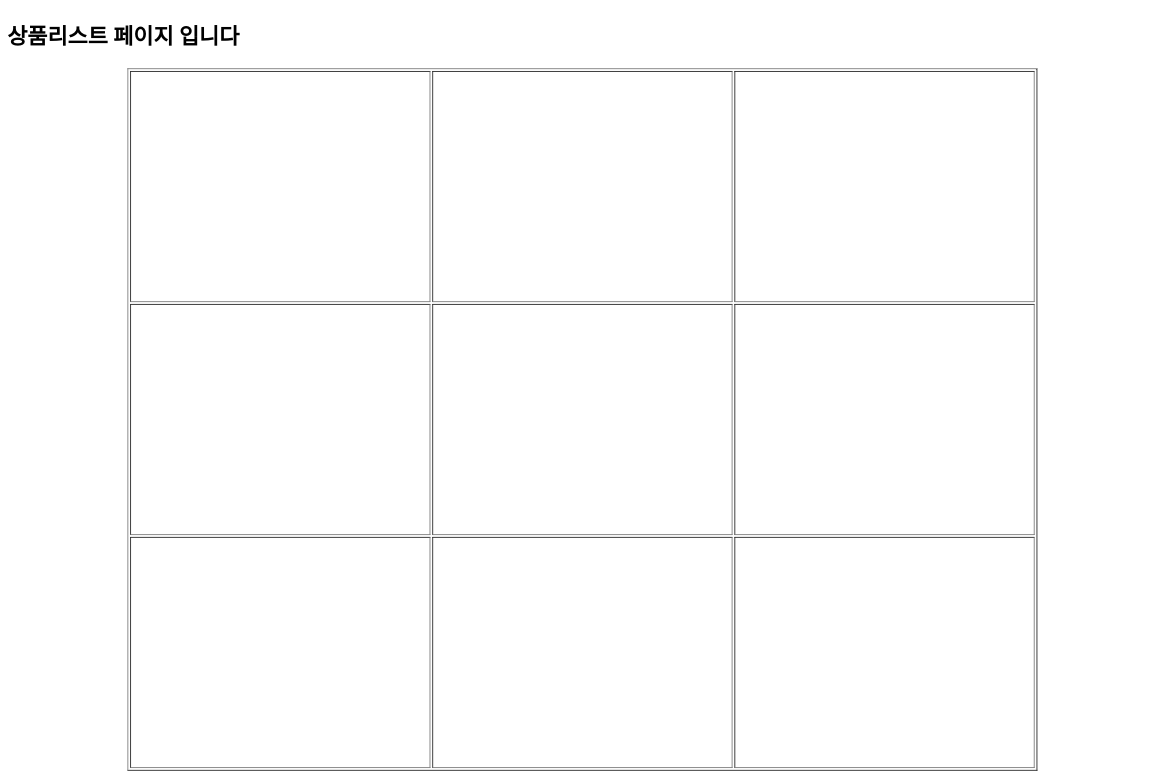
Repository: simjinbo/shoppingmall-lookbom
Page: http://localhost/lookBomProject/views/product/productListView.jsp
The author's editor kept a copy of each file at every save. The page is drawn from the files as they stood at one save, then again after the next save.
The browser window is 1280 px wide. The pictures show the whole page, at 91% of full size.
The page is served by Tomcat 9. Nobody is signed in. The application's start-up code is not run.

Above is the page before, as saved 2019-03-12 03:50:58.

After the next save:
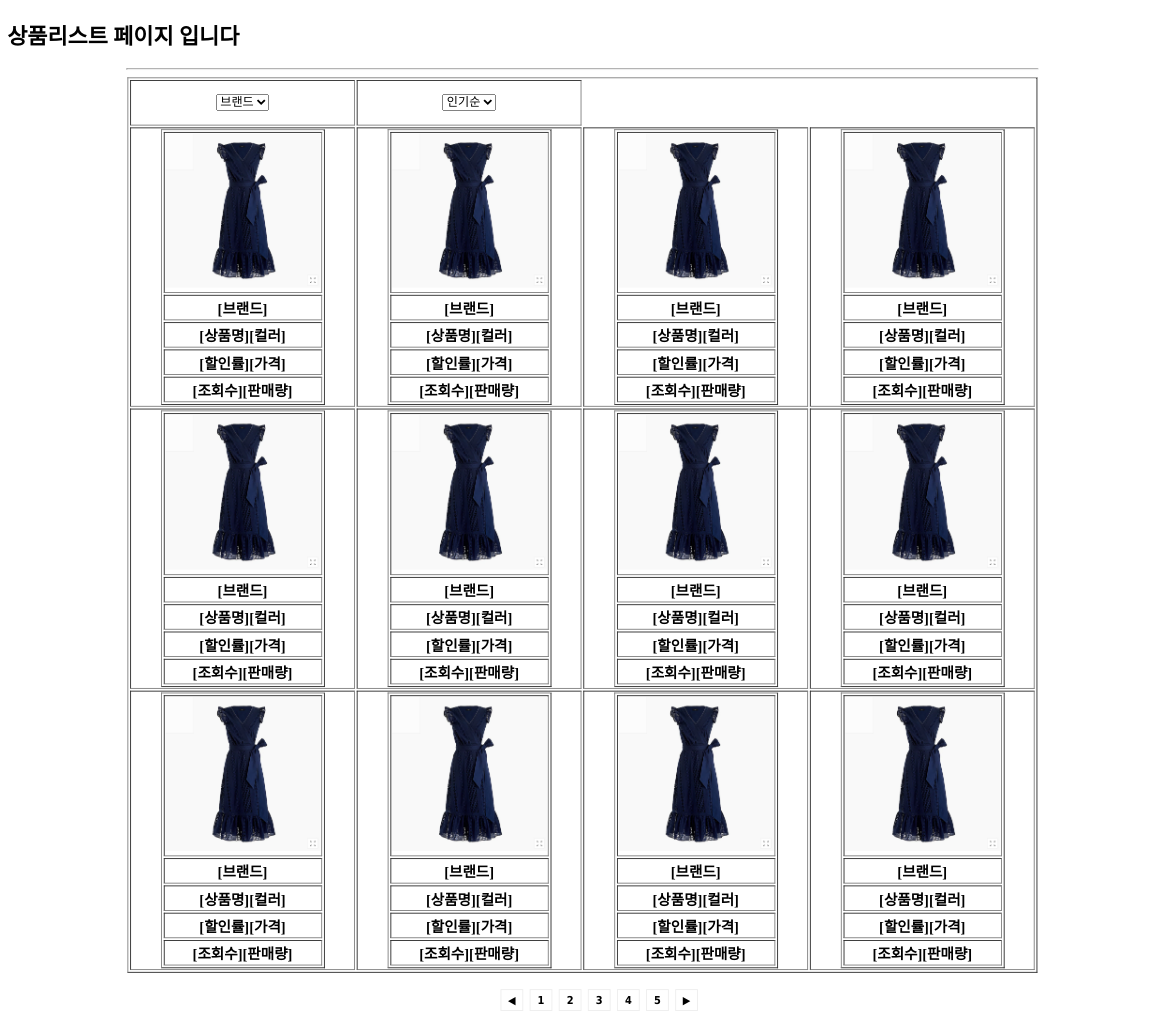
Saved 20 s later.
--- a/lookBomProject/web/views/product/productListView.jsp
+++ b/lookBomProject/web/views/product/productListView.jsp
@@ -5,14 +5,141 @@
 <head>
 <meta charset="UTF-8">
 <title>lookbom</title>
+<link rel="stylesheet" type="text/css" href="/lb/resources/css/productPagination.css">
 </head>
 <body>
 <h2>상품리스트 페이지 입니다</h2>
+<hr align ="center" width="1000">
 <table align ="center" width="1000" border="1px solid #bcbcbc">
-<tr><th width="250" height="250"></th><th width="250" height="250"></th><th width="250" height="250"></th></tr>
-<tr><th width="250" height="250"></th><th></th><th></th></tr>
-<tr><th width="250" height="250"></th><th></th><th></th></tr>
+<tr height="50">
+<th><select name="filter" id="filter"><option value="" selected>브랜드</option></select></th>
+<th><select name="filter" id="filter"><option value="" selected>인기순</option><option value="">최신순</option></select></th>
+</tr>
+<tr>
+<th width="200" height="230">
+<table align ="center" width="180" border="1px solid #bcbcbc">
+<tr><td width="180" height="160"><div style="cursor:pointer" onclick ="window.location.href='/lb/views/product/productDetailView.jsp';"><img width="100%" height="100%" src="/lb/file/product/navyproduct.PNG" ></div></td></tr>
+<tr><td width="180" height="20">[브랜드]</td></tr>
+<tr><td width="180" height="20">[상품명][컬러]</td></tr>
+<tr><td width="180" height="15">[할인률][가격]</td></tr>
+<tr><td width="180" height="15">[조회수][판매량]</td></tr>
 </table>
+</th>
+<th width="200" height="230">
+<table align ="center" width="180" border="1px solid #bcbcbc">
+<tr><td width="180" height="160"><div><img width="100%" height="100%" src="/lb/file/product/navyproduct.PNG" ></div></td></tr>
+<tr><td width="180" height="20">[브랜드]</td></tr>
+<tr><td width="180" height="20">[상품명][컬러]</td></tr>
+<tr><td width="180" height="15">[할인률][가격]</td></tr>
+<tr><td width="180" height="15">[조회수][판매량]</td></tr>
+</table>
+</th>
+<th width="200" height="230">
+<table align ="center" width="180" border="1px solid #bcbcbc">
+<tr><td width="180" height="160"><div><img width="100%" height="100%" src="/lb/file/product/navyproduct.PNG" ></div></td></tr>
+<tr><td width="180" height="20">[브랜드]</td></tr>
+<tr><td width="180" height="20">[상품명][컬러]</td></tr>
+<tr><td width="180" height="15">[할인률][가격]</td></tr>
+<tr><td width="180" height="15">[조회수][판매량]</td></tr>
+</table>
+</th>
+<th width="200" height="230">
+<table align ="center" width="180" border="1px solid #bcbcbc">
+<tr><td width="180" height="160"><div><img width="100%" height="100%" src="/lb/file/product/navyproduct.PNG" ></div></td></tr>
+<tr><td width="180" height="20">[브랜드]</td></tr>
+<tr><td width="180" height="20">[상품명][컬러]</td></tr>
+<tr><td width="180" height="15">[할인률][가격]</td></tr>
+<tr><td width="180" height="15">[조회수][판매량]</td></tr>
+</table>
+</th>
+</tr>
+<tr>
+<th width="200" height="230">
+<table align ="center" width="180" border="1px solid #bcbcbc">
+<tr><td width="180" height="160"><div><img width="100%" height="100%" src="/lb/file/product/navyproduct.PNG" ></div></td></tr>
+<tr><td width="180" height="20">[브랜드]</td></tr>
+<tr><td width="180" height="20">[상품명][컬러]</td></tr>
+<tr><td width="180" height="15">[할인률][가격]</td></tr>
+<tr><td width="180" height="15">[조회수][판매량]</td></tr>
+</table>
+</th>
+<th width="200" height="230">
+<table align ="center" width="180" border="1px solid #bcbcbc">
+<tr><td width="180" height="160"><div><img width="100%" height="100%" src="/lb/file/product/navyproduct.PNG" ></div></td></tr>
+<tr><td width="180" height="20">[브랜드]</td></tr>
+<tr><td width="180" height="20">[상품명][컬러]</td></tr>
+<tr><td width="180" height="15">[할인률][가격]</td></tr>
+<tr><td width="180" height="15">[조회수][판매량]</td></tr>
+</table>
+</th>
+<th width="200" height="230">
+<table align ="center" width="180" border="1px solid #bcbcbc">
+<tr><td width="180" height="160"><div><img width="100%" height="100%" src="/lb/file/product/navyproduct.PNG" ></div></td></tr>
+<tr><td width="180" height="20">[브랜드]</td></tr>
+<tr><td width="180" height="20">[상품명][컬러]</td></tr>
+<tr><td width="180" height="15">[할인률][가격]</td></tr>
+<tr><td width="180" height="15">[조회수][판매량]</td></tr>
+</table>
+</th>
+<th width="200" height="230">
+<table align ="center" width="180" border="1px solid #bcbcbc">
+<tr><td width="180" height="160"><div style><img width="100%" height="100%" src="/lb/file/product/navyproduct.PNG" ></div></td></tr>
+<tr><td width="180" height="20">[브랜드]</td></tr>
+<tr><td width="180" height="20">[상품명][컬러]</td></tr>
+<tr><td width="180" height="15">[할인률][가격]</td></tr>
+<tr><td width="180" height="15">[조회수][판매량]</td></tr>
+</table>
+</th>
+</tr>
+<tr>
+<th width="200" height="230">
+<table align ="center" width="180" border="1px solid #bcbcbc">
+<tr><td width="180" height="160"><div><img width="100%" height="100%" src="/lb/file/product/navyproduct.PNG" ></div></td></tr>
+<tr><td width="180" height="20">[브랜드]</td></tr>
+<tr><td width="180" height="20">[상품명][컬러]</td></tr>
+<tr><td width="180" height="15">[할인률][가격]</td></tr>
+<tr><td width="180" height="15">[조회수][판매량]</td></tr>
+</table>
+</th>
+<th width="200" height="230">
+<table align ="center" width="180" border="1px solid #bcbcbc">
+<tr><td width="180" height="160"><div><img width="100%" height="100%" src="/lb/file/product/navyproduct.PNG" ></div></td></tr>
+<tr><td width="180" height="20">[브랜드]</td></tr>
+<tr><td width="180" height="20">[상품명][컬러]</td></tr>
+<tr><td width="180" height="15">[할인률][가격]</td></tr>
+<tr><td width="180" height="15">[조회수][판매량]</td></tr>
+</table>
+</th>
+<th width="200" height="230">
+<table align ="center" width="180" border="1px solid #bcbcbc">
+<tr><td width="180" height="160"><div><img width="100%" height="100%" src="/lb/file/product/navyproduct.PNG" ></div></td></tr>
+<tr><td width="180" height="20">[브랜드]</td></tr>
+<tr><td width="180" height="20">[상품명][컬러]</td></tr>
+<tr><td width="180" height="15">[할인률][가격]</td></tr>
+<tr><td width="180" height="15">[조회수][판매량]</td></tr>
+</table>
+</th>
+<th width="200" height="230">
+<table align ="center" width="180" border="1px solid #bcbcbc">
+<tr><td width="180" height="160"><div><img width="100%" height="100%" src="/lb/file/product/navyproduct.PNG" ></div></td></tr>
+<tr><td width="180" height="20">[브랜드]</td></tr>
+<tr><td width="180" height="20">[상품명][컬러]</td></tr>
+<tr><td width="180" height="15">[할인률][가격]</td></tr>
+<tr><td width="180" height="15">[조회수][판매량]</td></tr>
+</table>
+</th>
+</tr>
+</table>
+
+<ul>
+    <li><a href="#">◀</a></li>
+    <li><a href="#">1</a></li>
+    <li><a href="#">2</a></li>
+    <li><a href="#">3</a></li>
+    <li><a href="#">4</a></li>
+    <li><a href="#">5</a></li>
+    <li><a href="#">▶</a></li>
+</ul>
 
 </body>
 </html>
